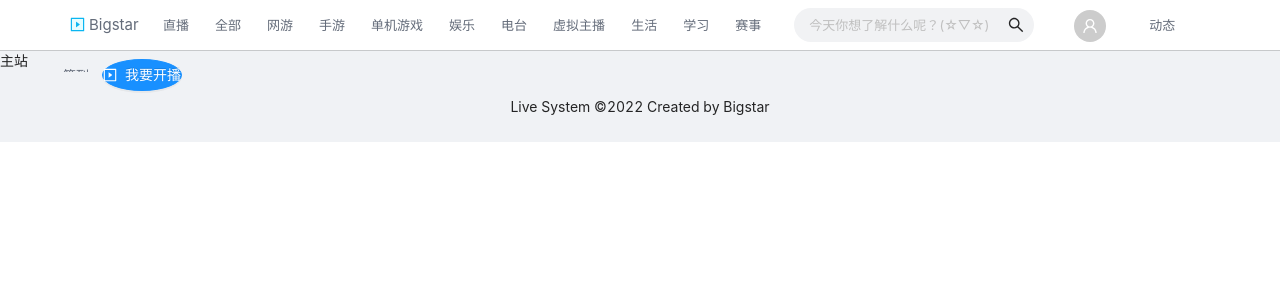
Repository: Bigstar-hyx/webrtc-react
Page: /
The author's editor kept a copy of each file at every save. The page is drawn from the files as they stood at one save, then again after the next save.
The browser window is 1280 px wide. The pictures show the whole page.
The project was rebuilt for these pictures with package versions that can differ from the ones it lists, and the page was loaded fresh each time. Also part of the build but not shown: craco.config.js, webpack.config.js, src/pages/live/Index.css, src/pages/live/component/Content/Video/video.css, src/pages/live/component/Content/Video/Video.js, src/pages/live/component/Content/Comments/comments.css, src/pages/live/component/Content/Comments/TalkSend.js, src/pages/live/component/Content/Comments/Talk.js and 6 more.

Above is the page before, as saved 2022-01-30 18:44:12.

After the next save:
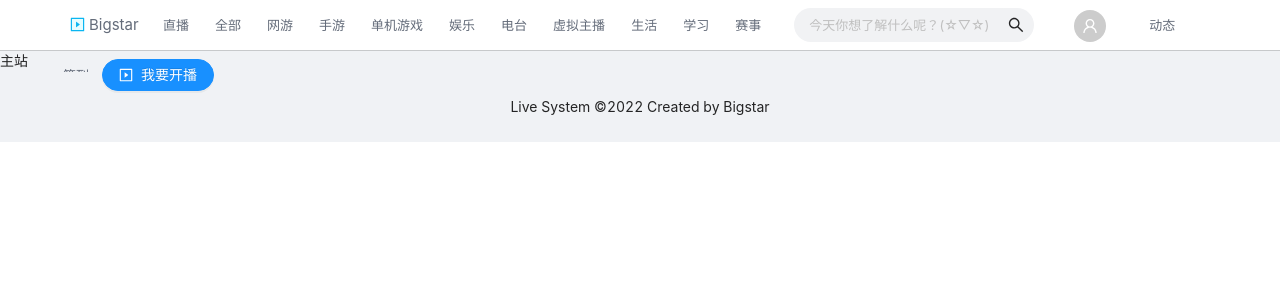
Saved 11 s later.
--- a/src/top/component/TopStart.js
+++ b/src/top/component/TopStart.js
@@ -13,7 +13,7 @@ function TopStart() {
           <a href="">签到</a>
         </li>
       </ul>
-      <Button type="primary" shape="circle">
+      <Button type="primary" shape="round">
         <PlaySquareOutlined />
         我要开播
       </Button>
